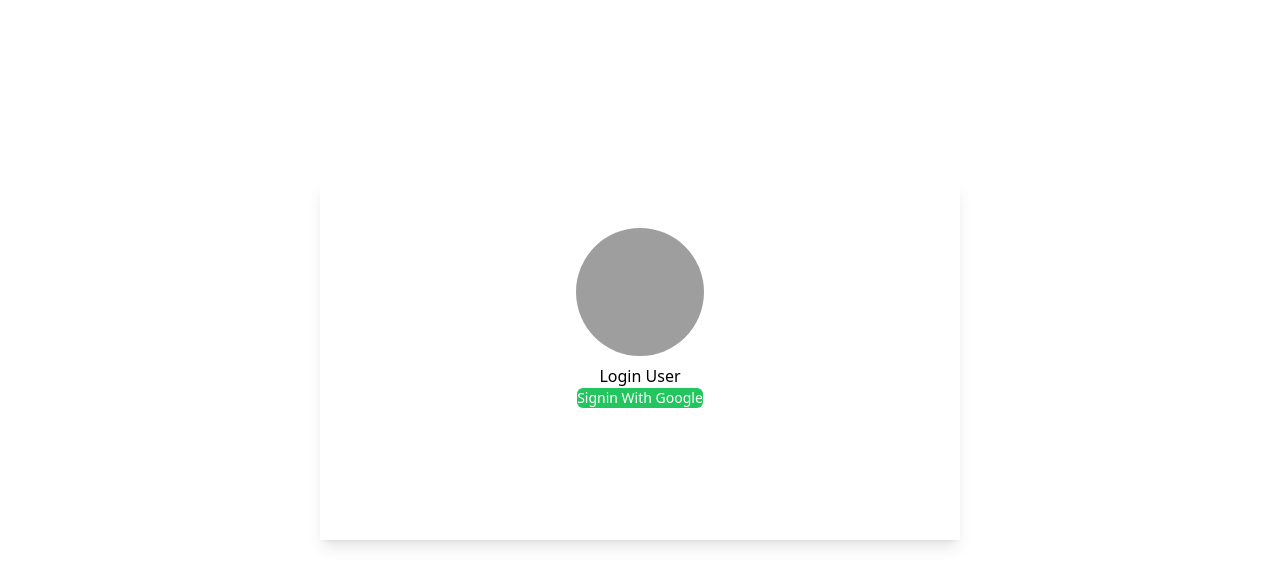
Repository: Shamraiz761/Slack_clone
Page: /
The author's editor kept a copy of each file at every save. The page is drawn from the files as they stood at one save, then again after the next save.
The browser window is 1280 px wide. The pictures show the whole page.
Pictures or frames that could not be fetched are drawn as grey boxes. The project was rebuilt for these pictures with package versions that can differ from the ones it lists, and the page was loaded fresh each time. Also part of the build but not shown: vite.config.js, src/components/header/Header.jsx, src/firebase.js, src/components/sidebar/Sidebar.jsx, src/components/chat/Chat.jsx.

Above is the page before, as saved 2024-01-16 14:20:04.

After the next save:
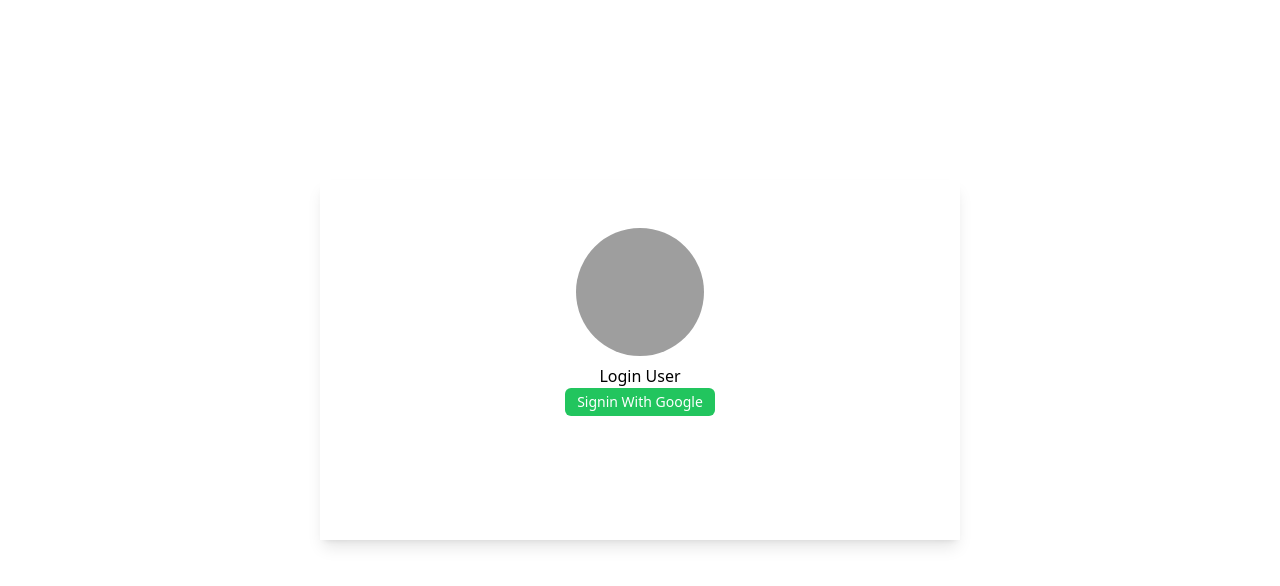
Saved 4 s later.
--- a/src/user/User.jsx
+++ b/src/user/User.jsx
@@ -9,7 +9,7 @@
             <h1 className='mt-2 font-medium'>
                 Login User
             </h1>
-<button className='bg-green-500 text-white px- text-sm rounded-md'>Signin With Google</button>
+<button className='bg-green-500 text-white px-3 py-1 text-sm rounded-md'>Signin With Google</button>
             </div>
         </div>
     </div>
